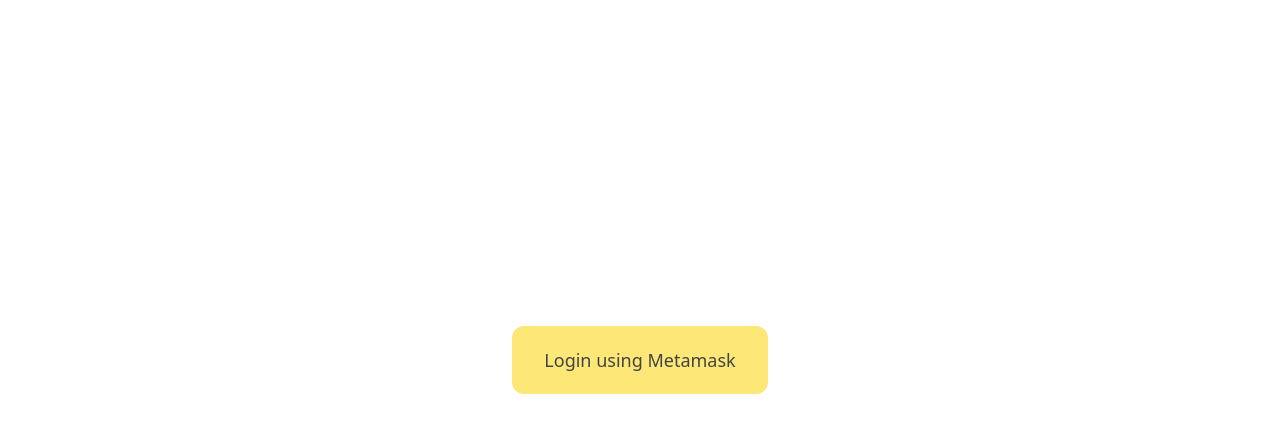
Repository: KSGit47/nft-minter-yt
Page: /
An editor plug-in stored every save of this project. The page is shown before and after the next save, followed by the edit.
The browser window is 1280 px wide. The pictures show the whole page.
The project was rebuilt for these pictures with package versions that can differ from the ones it lists, and the page was loaded fresh each time. The framework's server and built-in components were replaced by stand-ins that run in the browser. Also part of the build but not shown: next.config.js.

Above is the page before, as saved 2022-07-19 19:44:49.

After the next save:
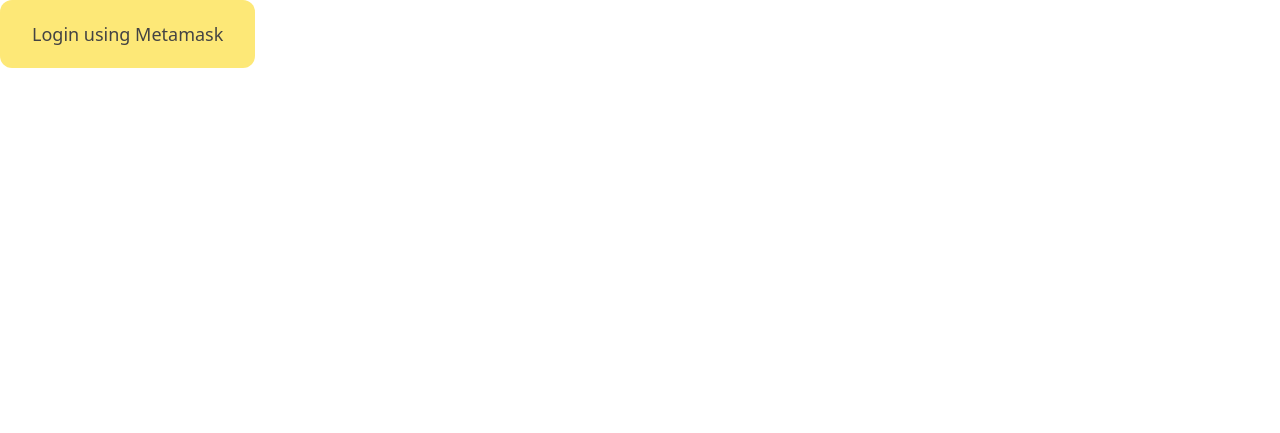
Saved 23 s later.
--- a/pages/index.js
+++ b/pages/index.js
@@ -3,7 +3,7 @@
 
 export default function Home(){
   return (
-    <div className="flex min-h-screen flex-col items-center justify-center py-2">
+    <div className="flex">
       <Head>
         <title>Create Minter</title>
         <link rel="icon" href="/favicon.ico" />
